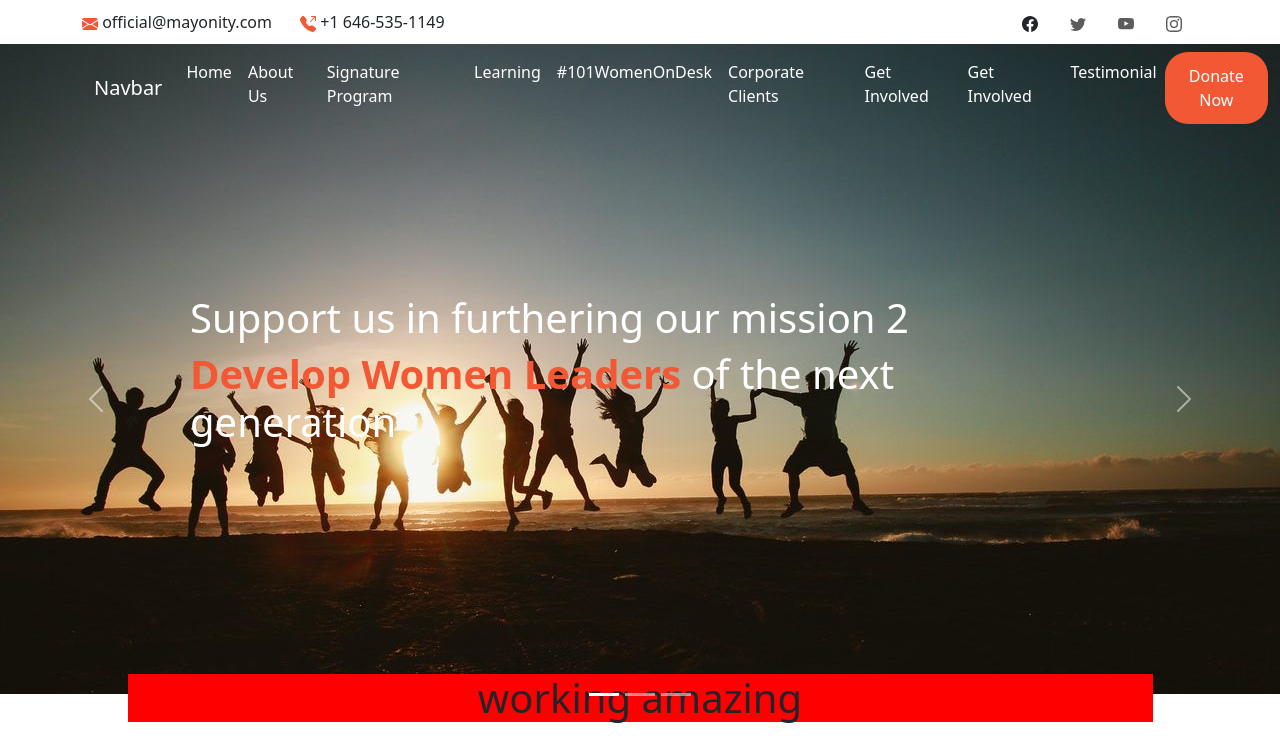
Repository: rizwan-zafar/wings
Page: /
An editor plug-in stored every save of this project. The page is shown before and after the next save, followed by the edit.
The browser window is 1280 px wide. The pictures show the whole page.
The project was rebuilt for these pictures with package versions that can differ from the ones it lists, and the page was loaded fresh each time.

Above is the page before, as saved 2022-11-27 18:02:54.

After the next save:
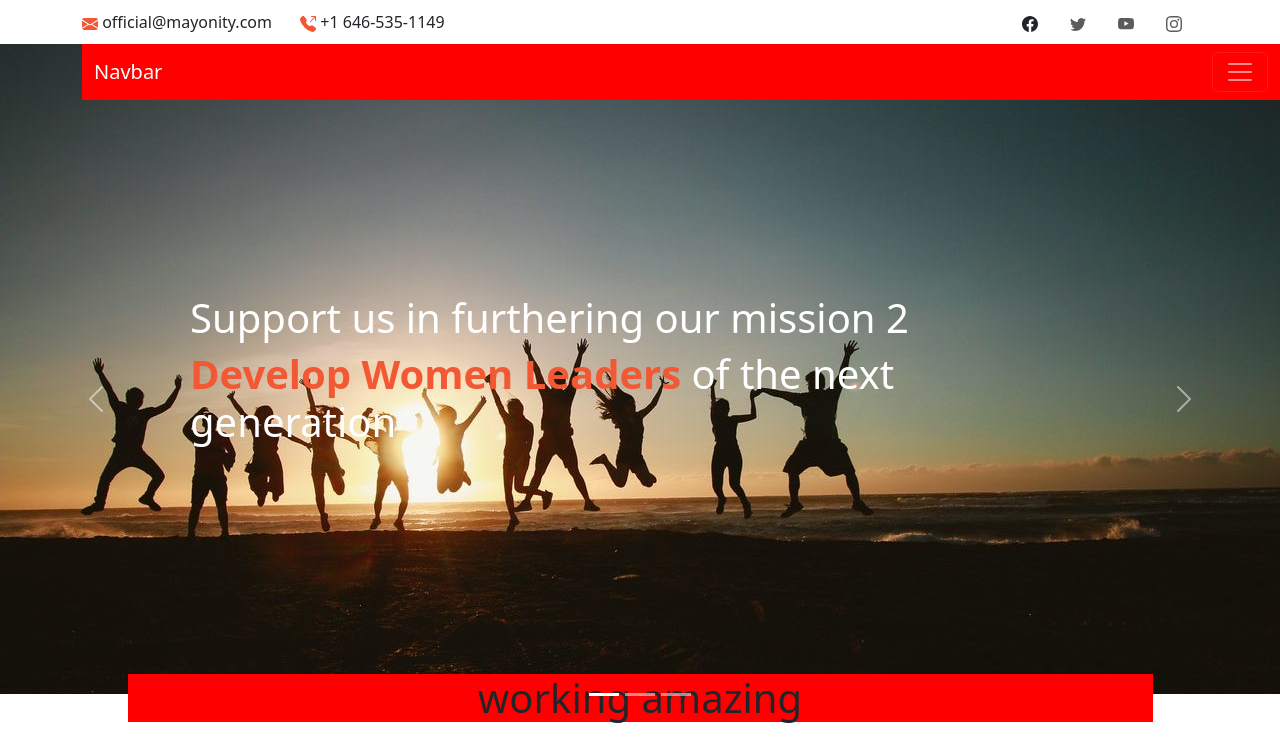
Saved 25 s later.
--- a/src/Components/Navbar.js
+++ b/src/Components/Navbar.js
@@ -3,7 +3,7 @@
 export default function Navbar() {
   return (
     <div className="nav-container container">
-      <nav className="navbar navbar-expand-lg navbar-dark">
+      <nav className="navbar navbar-expanding navbar-dark">
         <div className="container-fluid">
           <a className="navbar-brand" href="/">Navbar</a>
           <button className="navbar-toggler" type="button" data-bs-toggle="collapse" data-bs-target="#navbarNav" aria-controls="navbarNav" aria-expanded="false" aria-label="Toggle navigation">

After the save that followed:
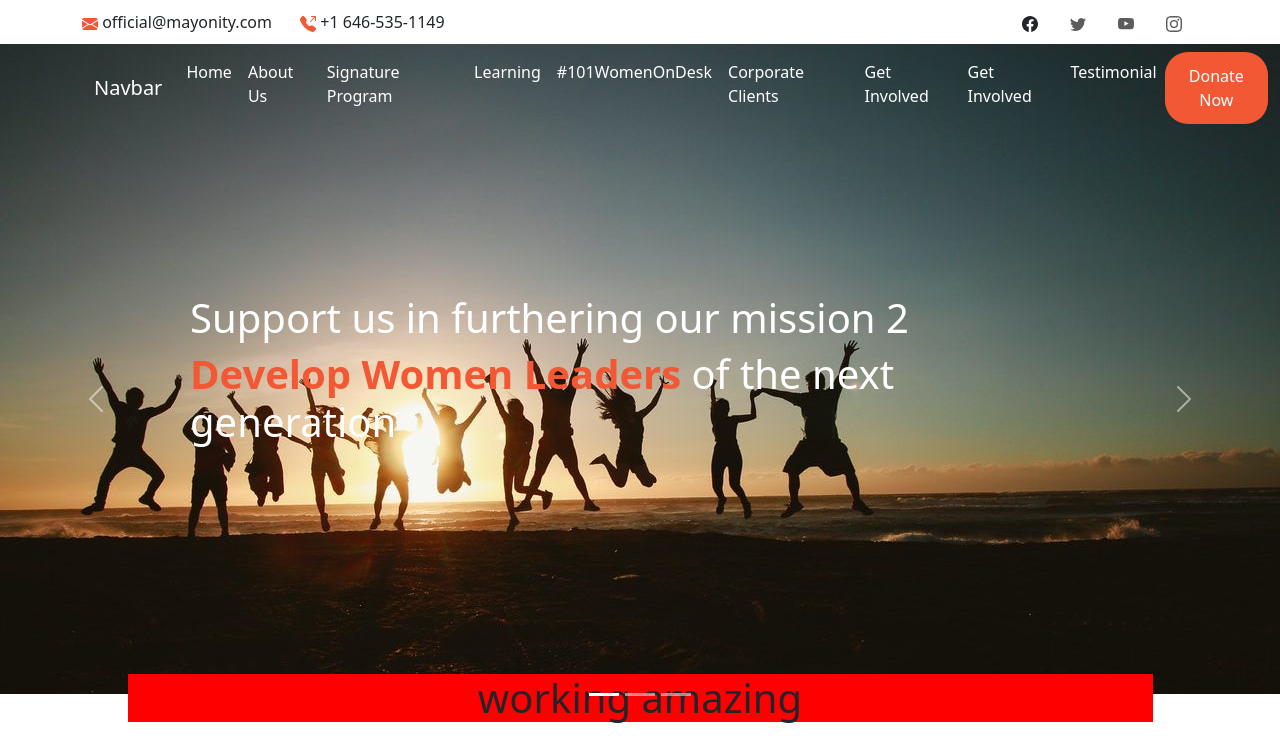
Saved 72 s later.
--- a/src/Components/Navbar.js
+++ b/src/Components/Navbar.js
@@ -3,7 +3,7 @@
 export default function Navbar() {
   return (
     <div className="nav-container container">
-      <nav className="navbar navbar-expanding navbar-dark">
+      <nav className="navbar navbar-expand-xl navbar-dark">
         <div className="container-fluid">
           <a className="navbar-brand" href="/">Navbar</a>
           <button className="navbar-toggler" type="button" data-bs-toggle="collapse" data-bs-target="#navbarNav" aria-controls="navbarNav" aria-expanded="false" aria-label="Toggle navigation">
